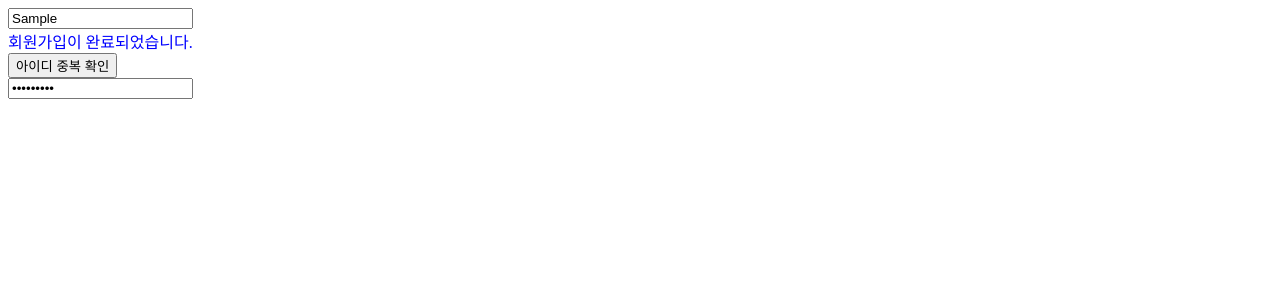
Repository: kimeuiyeob/KOPO_JSP_Study_2
Page: http://localhost/JspStudy/Ajax.jsp
These files come from the project's save history. The page is drawn as it stood at one moment and after the next save; the edit follows.
The browser window is 1280 px wide. The pictures show the whole page.
Empty fields were first filled with sample values (such as "Sample", 5 or name@example.com).
After loading, the first visible `#goAjax` was clicked once.
The page is served by Tomcat 9. Other server files are loaded and not shown. Queries for data that is not in the repository find no rows.

Above is the page before, as saved 2023-06-21 00:06:23.

### JspStudy/src/main/webapp/Ajax.jsp
<%@ page language="java" contentType="text/html; charset=UTF-8" pageEncoding="UTF-8"%>
<!DOCTYPE html>
<html>
<head>
<meta charset="UTF-8">
<title>Insert title here</title>
</head>

<script src="https://ajax.googleapis.com/ajax/libs/jquery/3.5.1/jquery.min.js"></script>

<script>
	$(function() {
		$("#goAjax").click(function() {

			var id = $("#id").val();
			var pw = $("#pw").val();

			let datas = {
				"id" : id,
				"pw" : pw
			};

			$.ajax({
				url : "getAjax.jsp",
				type : "post",
				data : datas,
				success : function(result) {
					console.log("AJAX 성공");
					$('#msg').html(result);
					if(result == "사용 불가능한 아이디 입니다!") {

					}
					$('#msg').css("color","blue");
				},
				error : function(request, status, error) {
					console.log("AJAX 실패");
					console.log("코드 : " + request.status);
					console.log("메시지 : " + request.responseText);
					console.log("에러 : " + error);
				}
			});

		});
	});
</script>

<body>

	<form>
		<input type="text" name="id" id="id" placeholder="아이디를 입력해주세요">

		<div id="msg"></div>

		<button type="button" id="goAjax">아이디 중복 확인</button>

		<br>

		<input type="password" name="pw" id="pw" placeholder="비밀번호를 입력해주세요">
	</form>

</body>
</html>

### JspStudy/src/main/webapp/getAjax.jsp
<%@ page import="java.sql.PreparedStatement"%>
<%@ page import="java.sql.Statement"%>
<%@ page import="java.sql.ResultSet"%>
<%@ page language="java" contentType="text/html; charset=UTF-8" pageEncoding="UTF-8"%>
<%@ page import="common.*"%>
<%@ page import="java.util.*"%>

<!DOCTYPE html>
<html>
<head>
<meta charset="UTF-8">
<title>Insert title here</title>
</head>
<body>

	<%

	JDBConnecter jDBConnecter = new JDBConnecter(application);

	String sql2 = "select * from member";
	Statement stmt = jDBConnecter.con.createStatement();
	ResultSet rs = stmt.executeQuery(sql2);

	String id = request.getParameter("id");
	String pass = request.getParameter("pw");

	String result = "회원가입이 완료되었습니다.";

	while (rs.next()) {
		if (rs.getString(1).equals(id)) {
			result = "사용 불가능한 아이디 입니다!";
			break;
		}
	}

	if(result.equals("회원가입이 완료되었습니다.")) {

	String name = "KIM";
	String sql = "insert into member values (?,?,?,sysdate)";

	PreparedStatement psmt = jDBConnecter.con.prepareStatement(sql);
	psmt.setString(1, id);
	psmt.setString(2, pass);
	psmt.setString(3, name);

	int intResult = psmt.executeUpdate();
	}

	jDBConnecter.JDBConnecterClose();
	%>

	<%=result%>
	<br>




</body>
</html>

### JspStudy/src/main/java/common/JDBConnecter.java
package common;

import java.sql.Connection;
import java.sql.DriverManager;
import java.sql.PreparedStatement;
import java.sql.ResultSet;
import java.sql.SQLException;
import java.sql.Statement;

import javax.servlet.ServletContext;

public class JDBConnecter {

	public Connection con; // DB연결
	public Statement stmt; // 파라미터 X 쿼리문
	public PreparedStatement psmt; // 파라미터 O 쿼리문
	public ResultSet rs; // 쿼리문 결과 저장

	public JDBConnecter() {

		String driver = "oracle.jdbc.OracleDriver";
		String url = "jdbc:oracle:thin:@localhost:1521:xe";
		String userid = "kopo07";
		String passwd = "1234";

		try {
			Class.forName(driver);
			con = DriverManager.getConnection(url, userid, passwd);
			System.out.println("연결 성공!!");
		} catch (ClassNotFoundException e) {
			e.getStackTrace();
		} catch (SQLException e) {
			e.getStackTrace();
		} finally {
			try {
				if (rs != null)
					rs.close();
				if (stmt != null)
					stmt.close();
				if (psmt != null)
					psmt.close();
				if (con != null)
					con.close();
			} catch (SQLException e) {
				e.getStackTrace();
			}
		}
	}

	// ====================================================================

	public JDBConnecter(String driver, String url, String id, String pw) {
		try {
			Class.forName(driver);
			con = DriverManager.getConnection(url, id, pw);
			System.out.println("DB 연결 성공!!");
		} catch (Exception e) {
			e.printStackTrace();
		}
	}

	// ====================================================================

	public JDBConnecter(ServletContext application) {

		String driver = application.getInitParameter("OracleDriver");
		String url = application.getInitParameter("OracleURL");
		String id = application.getInitParameter("OracleId");
		String pw = application.getInitParameter("OraclePw");

		try {
			Class.forName(driver);
			con = DriverManager.getConnection(url, id, pw);
			System.out.println("DB 연결 성공!!");
		} catch (Exception e) {
			e.printStackTrace();
		}
	}

	// ====================================================================

	public void JDBConnecterClose() {
		try {
			if (rs != null)
				rs.close();
			if (stmt != null)
				stmt.close();
			if (psmt != null)
				psmt.close();
			if (con != null)
				con.close();
			System.out.println("DB 닫기 성공!!");
		} catch (Exception e) {
			e.printStackTrace();
		}
	}

}

After the next save:
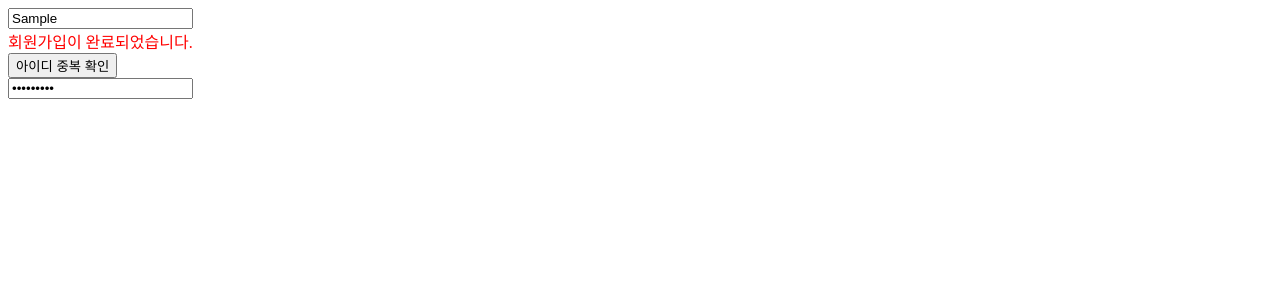
Saved 11 s later.
--- a/JspStudy/src/main/webapp/Ajax.jsp
+++ b/JspStudy/src/main/webapp/Ajax.jsp
@@ -27,10 +27,11 @@
 				success : function(result) {
 					console.log("AJAX 성공");
 					$('#msg').html(result);
-					if(result == "사용 불가능한 아이디 입니다!") {
-
+					if (result == "사용 불가능한 아이디 입니다!") {
+						$('#msg').css("color", "red");
+					} else {
+						$('#msg').css("color", "red");
 					}
-					$('#msg').css("color","blue");
 				},
 				error : function(request, status, error) {
 					console.log("AJAX 실패");
@@ -53,9 +54,7 @@
 
 		<button type="button" id="goAjax">아이디 중복 확인</button>
 
-		<br>
-
-		<input type="password" name="pw" id="pw" placeholder="비밀번호를 입력해주세요">
+		<br> <input type="password" name="pw" id="pw" placeholder="비밀번호를 입력해주세요">
 	</form>
 
 </body>
